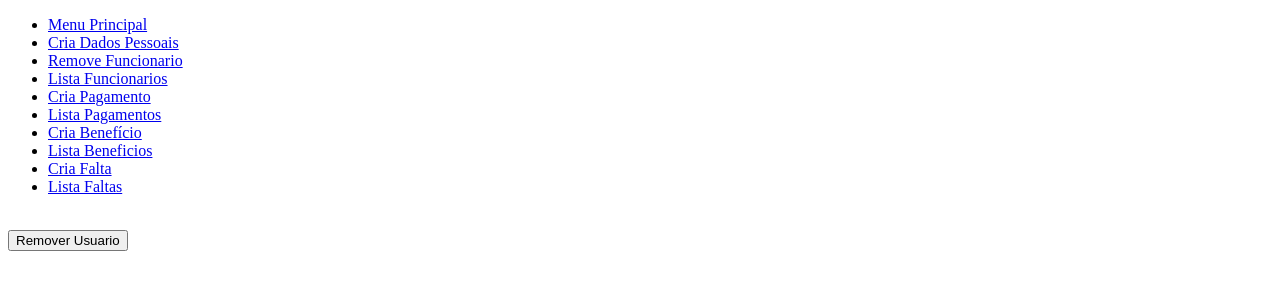
Repository: engcarlosrosa/big_data_proj
Page: rhcontroller/WebContent/remove_funcionario.html
An editor plug-in stored every save of this project. The page is shown before and after the next save, followed by the edit.
The browser window is 1280 px wide. The pictures show the whole page.

Above is the page before, as saved 2018-09-19 03:07:09.
Console error: TypeError: Cannot set properties of null (setting 'value')

### rhcontroller/WebContent/remove_funcionario.html
<!DOCTYPE html>
<html>
<head>
<meta charset="ISO-8859-1">
<title>Insert title here</title>
</head>
<body>

<ul>
<li><a href="menu.html">Menu Principal</a></li>
  <li><a href="cria_dados_pessoais.html">Cria Dados Pessoais</a></li>
   <li><a href="remove_funcionario.html">Remove Funcionario</a></li>
  <li><a href="lista_funcionarios.html">Lista Funcionarios</a></li>
  <li><a href="cria_pagamentos.html">Cria Pagamento</a></li>
  <li><a href="ServiceListaPagamentos">Lista Pagamentos</a></li>
  <li><a href="cria_beneficios.html">Cria Benefício</a></li>
  <li><a href="ServiceListaBeneficios">Lista Beneficios</a></li>
  <li><a href="cria_faltas.html">Cria Falta</a></li>
  <li><a href="ServiceListaFaltas">Lista Faltas</a></li>
</ul>
<form action="ServiceApagaDadosPessoais" method="post">
<input name="id_funcionario" type="hidden" id="id_funcionario">
<br>
   <input type="submit" value="Remover Usuario">
</form>
<script type="text/javascript">
var hashParams = window.location.hash.substr(1).split('&'); // substr(1) to remove the `#`
for(var i = 0; i < hashParams.length; i++){
    var p = hashParams[i].split('=');
    document.getElementById(p[0]).value = decodeURIComponent(p[1]);;
}

</script>
</body>
</html>

After the next save:
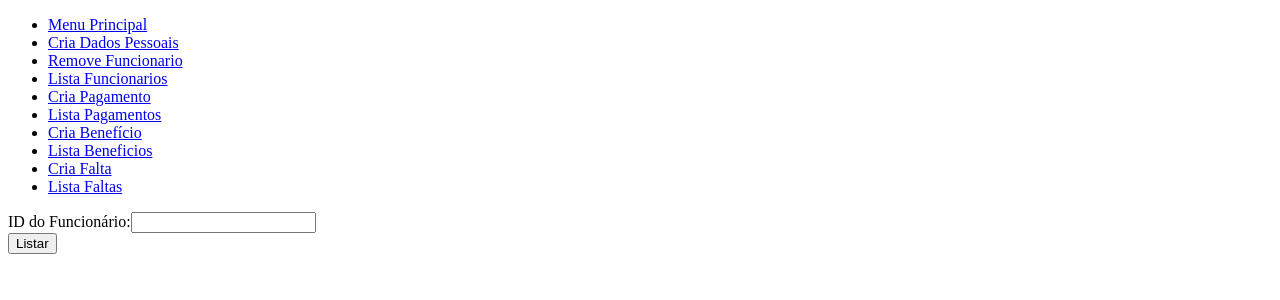
Saved 3 h 2 min later.
--- a/rhcontroller/WebContent/remove_funcionario.html
+++ b/rhcontroller/WebContent/remove_funcionario.html
@@ -18,10 +18,11 @@
   <li><a href="cria_faltas.html">Cria Falta</a></li>
   <li><a href="ServiceListaFaltas">Lista Faltas</a></li>
 </ul>
-<form action="ServiceApagaDadosPessoais" method="post">
-<input name="id_funcionario" type="hidden" id="id_funcionario">
-<br>
-   <input type="submit" value="Remover Usuario">
+
+<form name="myForm" id="myForm" action="ServiceApagaDadosPessoais" method="post">
+ 	ID do Funcionário:<input name="id_funcionario" type="text" id="id">
+ 	<br>
+    <input type="submit" value="Listar">
 </form>
 <script type="text/javascript">
 var hashParams = window.location.hash.substr(1).split('&'); // substr(1) to remove the `#`
@@ -29,7 +30,7 @@ for(var i = 0; i < hashParams.length; i++){
     var p = hashParams[i].split('=');
     document.getElementById(p[0]).value = decodeURIComponent(p[1]);;
 }
-
+document.getElementById('myForm').submit();
 </script>
 </body>
 </html>
